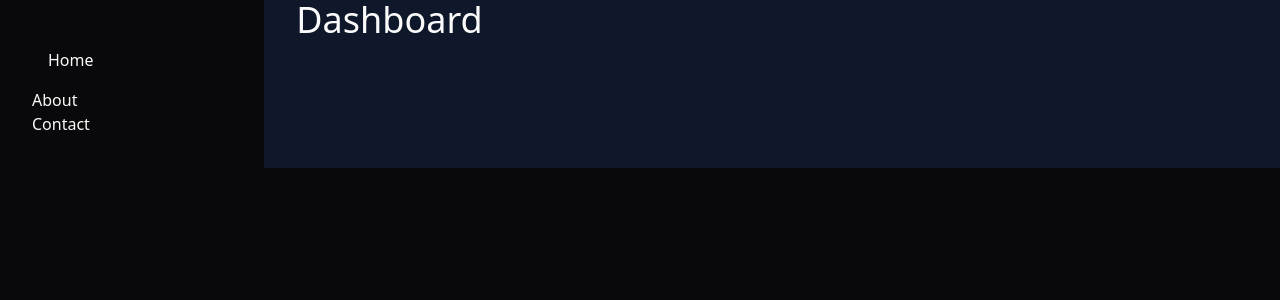
Repository: svoglimacci/recipe-app-tmp
Page: /app
The author's editor kept a copy of each file at every save. The page is drawn from the files as they stood at one save, then again after the next save.
The browser window is 1280 px wide. The pictures show the whole page.
The project was rebuilt for these pictures with package versions that can differ from the ones it lists, and the page was loaded fresh each time. Also part of the build but not shown: vite.config.ts, src/components/Recipe.tsx, src/components/RecipeList.tsx, src/components/RecipeCard.tsx, src/views/Login.tsx, src/views/Landing.tsx, src/views/Home.tsx.

Above is the page before, as saved 2024-01-30 13:54:44.

After the next save:
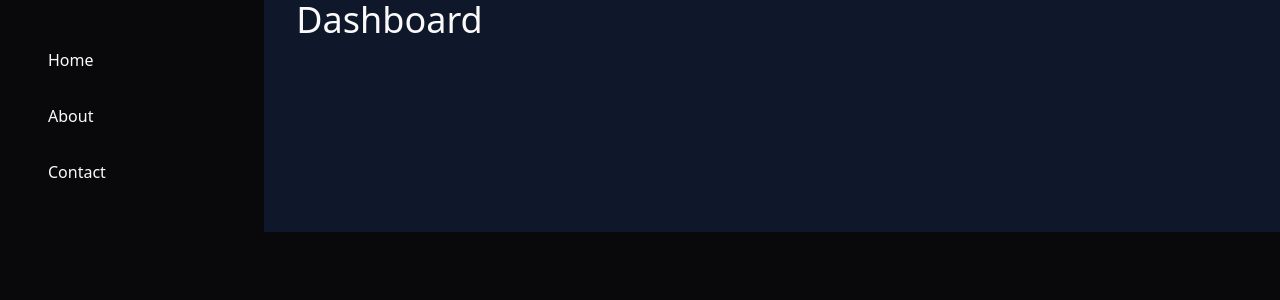
Saved 6 s later.
--- a/src/components/Nav.tsx
+++ b/src/components/Nav.tsx
@@ -4,8 +4,8 @@ function Nav() {
   <nav className="flex flex-row w-80 p-8">
   <ul className="flex flex-col justify-between">
     <li className="text-primary p-4">Home</li>
-    <li className="text-primary">About</li>
-    <li className="text-primary">Contact</li>
+    <li className="text-primary p-4">About</li>
+    <li className="text-primary p-4">Contact</li>
   </ul>
 </nav>
 
